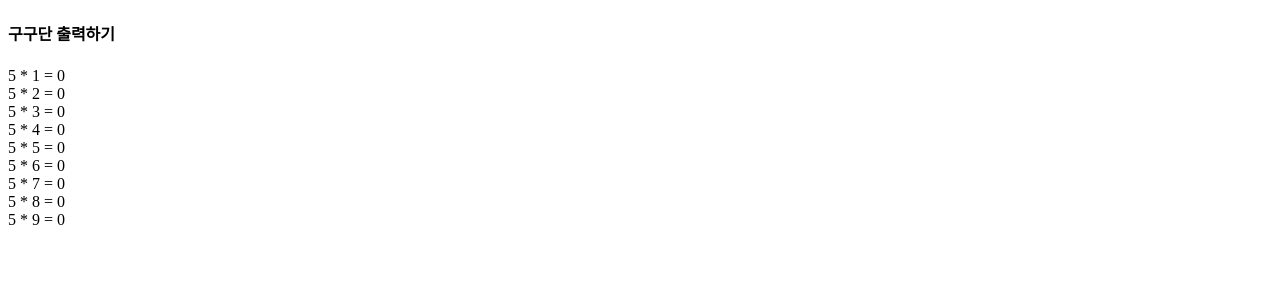
Repository: freedomseok8047/jsp
Page: http://localhost/Exercise/ch04/useBean.jsp
An editor plug-in stored every save of this project. The page is shown before and after the next save, followed by the edit.
The browser window is 1280 px wide. The pictures show the whole page.
The page is served by Tomcat 9.

Above is the page before, as saved 2023-08-24 05:11:46.

### Exercise/src/main/webapp/ch04/useBean.jsp
<%@ page language="java" contentType="text/html; charset=UTF-8"
    pageEncoding="UTF-8"%>
<!DOCTYPE html>
<html>
<head>
<meta charset="UTF-8">
<title>Insert title here</title>
</head>
<body>
<h4>구구단 출력하기</h4>
<jsp:useBean id="gugudan" class="ch04.com.dao.GuGuDan" scope ="request" />

<% int num1 = 5;
	int result = 0;
	for (int i = 1 ; i <=9 ; i++){
		gugudan.process(num1, i);

%>
		<%= num1 + " * " + i + " = " + result %><br>
<%
	}
%>
</body>
</html>

### Exercise/src/main/java/ch04/com/dao/GuGuDan.java
package ch04.com.dao;

public class GuGuDan {
private int num1,num2 = 0;

public GuGuDan() {}

public int process(int num1, int num2) {
	return num1 * num2;
}

public int getNum1() {
	return num1;
}

public void setNum1(int num1) {
	this.num1 = num1;
}

public int getNum2() {
	return num2;
}

public void setNum2(int num2) {
	this.num2 = num2;
}

}

After the next save:
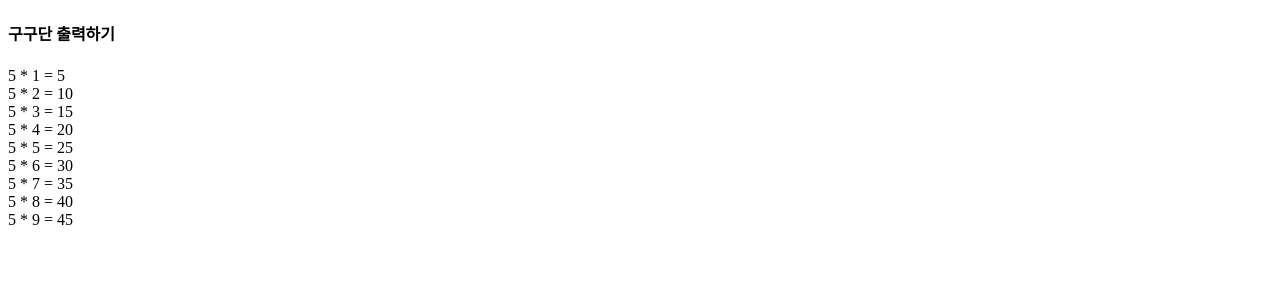
Saved 43 s later.
--- a/Exercise/src/main/webapp/ch04/useBean.jsp
+++ b/Exercise/src/main/webapp/ch04/useBean.jsp
@@ -13,8 +13,7 @@
 <% int num1 = 5;
 	int result = 0;
 	for (int i = 1 ; i <=9 ; i++){
-		gugudan.process(num1, i);
-
+		result = gugudan.process(num1, i);
 %>
 		<%= num1 + " * " + i + " = " + result %><br>
 <%
